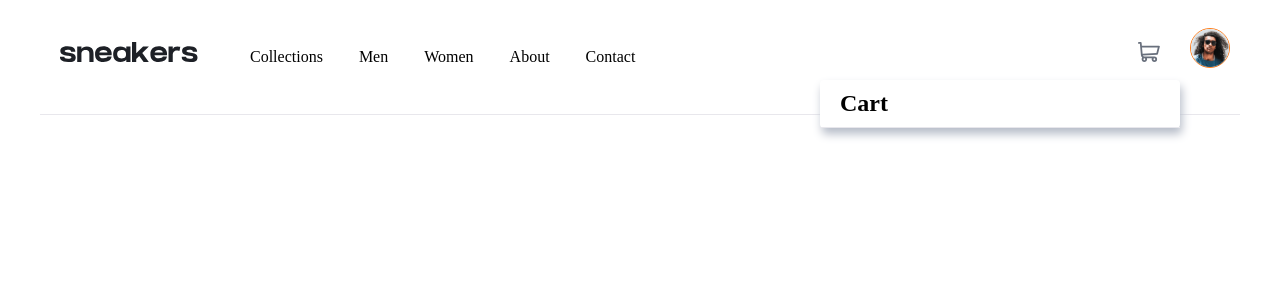
Repository: Bakyproit/Ecommerce
Page: index.html
These files come from the project's save history. The page is drawn as it stood at one moment and after a run of saves; the edit follows.
The browser window is 1280 px wide. The pictures show the whole page.
The style sheet was rebuilt from its Sass, Less or Tailwind sources for each picture, by a compiler version that may differ from the author's.

Above is the page before, as saved 2022-02-14 13:40:48.

After the next 2 saves:
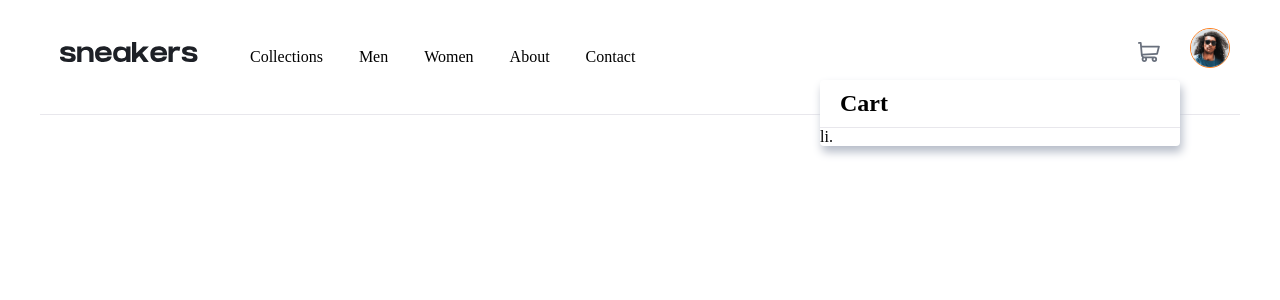
The 2 saves are shown as one change because they came seconds apart.
The last was saved 14 s later.
--- a/index.html
+++ b/index.html
@@ -48,7 +48,7 @@
                         <span class="header-cart-message">Your cart is empty</span>
 
                         <ul class="header-cart-list">
-
+                            li.
                         </ul>
 
 
